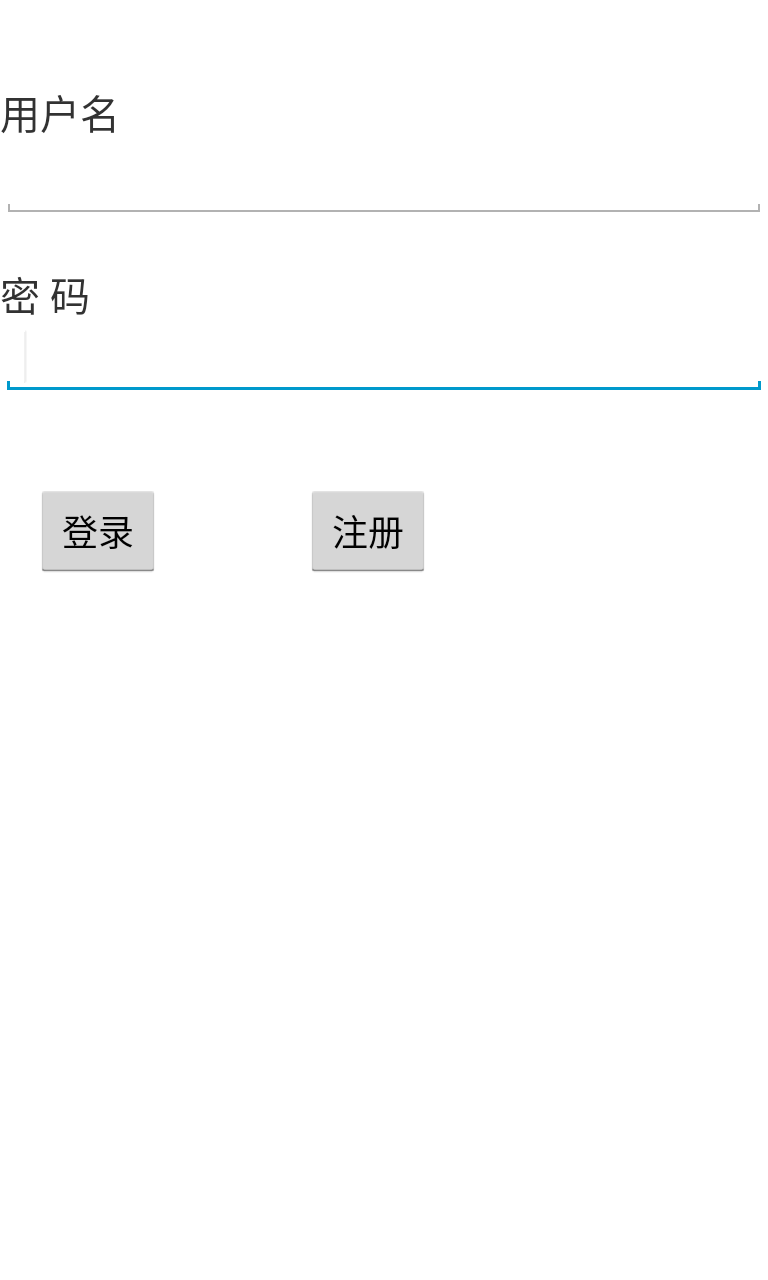
Repository: 17390089054/android
Layout: AlertDialog/res/layout/login.xml
An editor plug-in stored every save of this project. The layout is shown before and after the next save, followed by the edit.
It is drawn on a 768 x 1280 px phone screen (xhdpi) without system bars, with theme AppTheme; the app's code is not run.

Above is the layout before, as saved 2018-05-03 16:22:54.

After the next save:
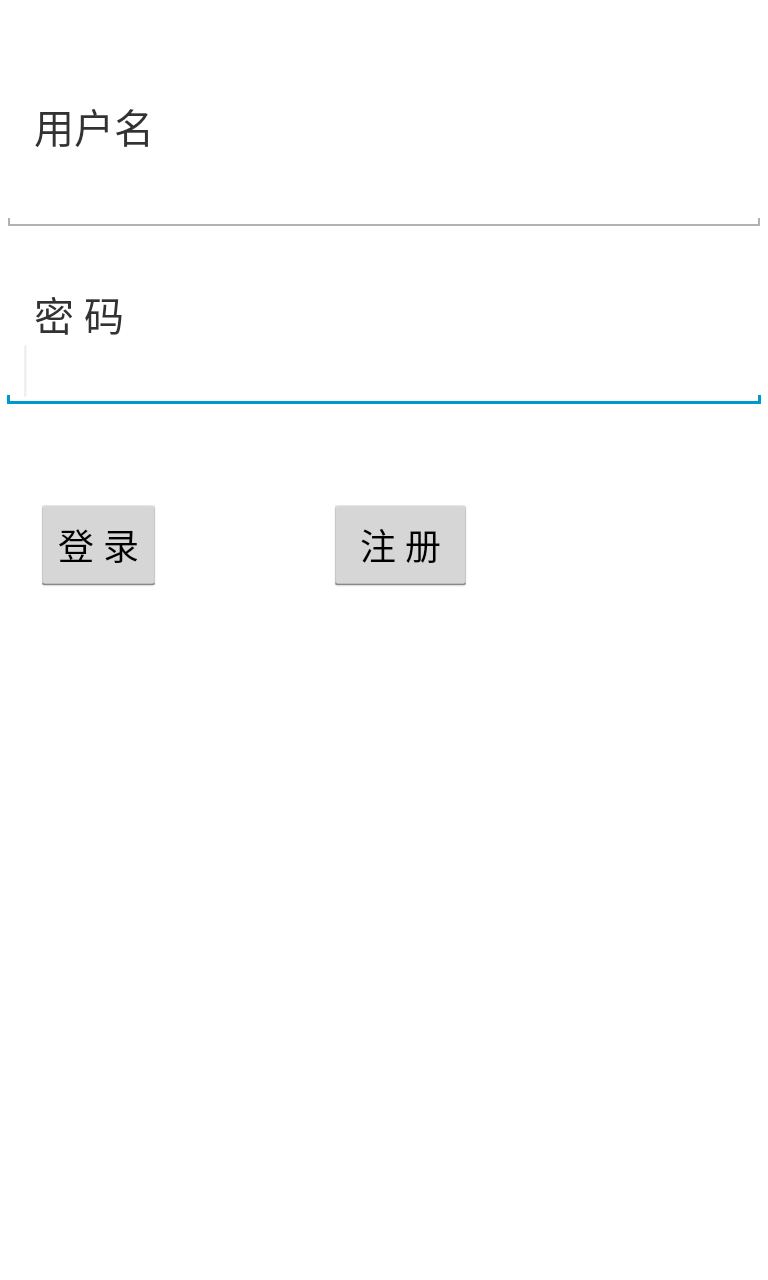
Saved 77 s later.
--- a/AlertDialog/res/layout/login.xml
+++ b/AlertDialog/res/layout/login.xml
@@ -8,43 +8,23 @@
         android:id="@+id/editText1"
         android:layout_width="match_parent"
         android:layout_height="wrap_content"
-        android:layout_alignParentLeft="true"
         android:layout_below="@+id/textView1"
         android:ems="10"
         android:singleLine="true" />
-
-    <TextView
-        android:id="@+id/textView1"
-        android:layout_width="wrap_content"
-        android:layout_height="wrap_content"
-        android:layout_alignParentLeft="true"
-        android:layout_alignParentTop="true"
-        android:layout_marginTop="41dp"
-        android:text="用户名"
-        android:textSize="20sp" />
 
     <EditText
         android:id="@+id/editText2"
         android:layout_width="match_parent"
         android:layout_height="wrap_content"
-        android:layout_alignParentLeft="true"
+        android:layout_alignLeft="@+id/textView2"
         android:layout_below="@+id/editText1"
         android:layout_marginTop="49dp"
+        android:ems="10"
         android:inputType="textPassword"
-        android:ems="10"
         android:singleLine="true" >
 
         <requestFocus />
     </EditText>
-
-    <TextView
-        android:layout_width="wrap_content"
-        android:layout_height="wrap_content"
-        android:layout_alignParentLeft="true"
-        android:layout_below="@+id/editText1"
-        android:layout_marginTop="22dp"
-        android:text="密 码"
-        android:textSize="20sp" />
 
     <Button
         android:id="@+id/button1"
@@ -54,7 +34,26 @@
         android:layout_below="@+id/editText2"
         android:layout_marginLeft="17dp"
         android:layout_marginTop="43dp"
-        android:text="登录" />
+        android:text="登 录" />
+
+    <TextView
+        android:id="@+id/textView1"
+        android:layout_width="wrap_content"
+        android:layout_height="wrap_content"
+        android:layout_alignLeft="@+id/button1"
+        android:layout_alignParentTop="true"
+        android:layout_marginTop="48dp"
+        android:text="用户名"
+        android:textSize="20sp" />
+
+    <TextView
+        android:layout_width="wrap_content"
+        android:layout_height="wrap_content"
+        android:layout_alignLeft="@+id/textView1"
+        android:layout_below="@+id/editText1"
+        android:layout_marginTop="25dp"
+        android:text="密 码"
+        android:textSize="20sp" />
 
     <Button
         android:id="@+id/button2"
@@ -62,8 +61,8 @@
         android:layout_height="wrap_content"
         android:layout_alignBaseline="@+id/button1"
         android:layout_alignBottom="@+id/button1"
-        android:layout_marginLeft="71dp"
+        android:layout_marginLeft="82dp"
         android:layout_toRightOf="@+id/button1"
-        android:text="注册" />
+        android:text=" 注 册 " />
 
 </RelativeLayout>
